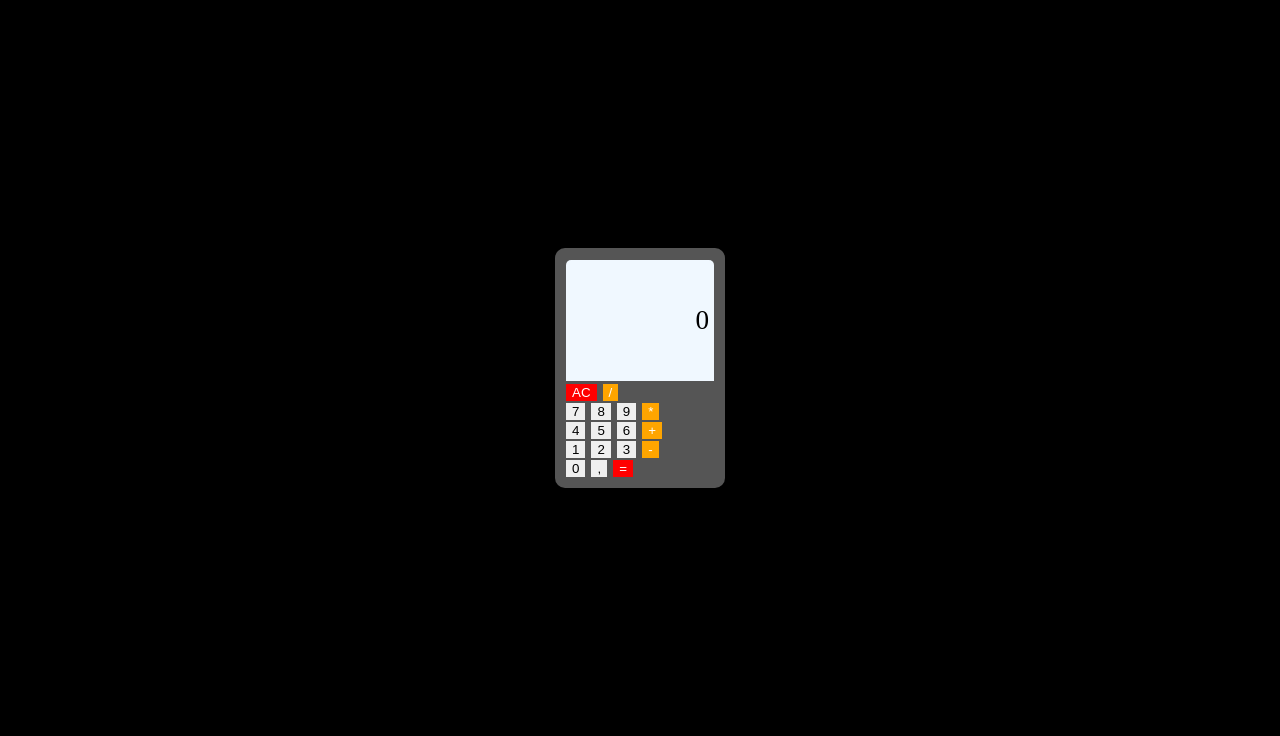
Repository: andersonxoliveira/Aplicacao_Calculadora
Page: /
The author's editor kept a copy of each file at every save. The page is drawn from the files as they stood at one save, then again after the next save.
The browser window is 1280 px wide. The pictures show the whole page.
The project was rebuilt for these pictures with package versions that can differ from the ones it lists, and the page was loaded fresh each time. Also part of the build but not shown: svelte.config.js, vite.config.ts.

Above is the page before, as saved 2022-06-26 21:40:19.

After the next save:
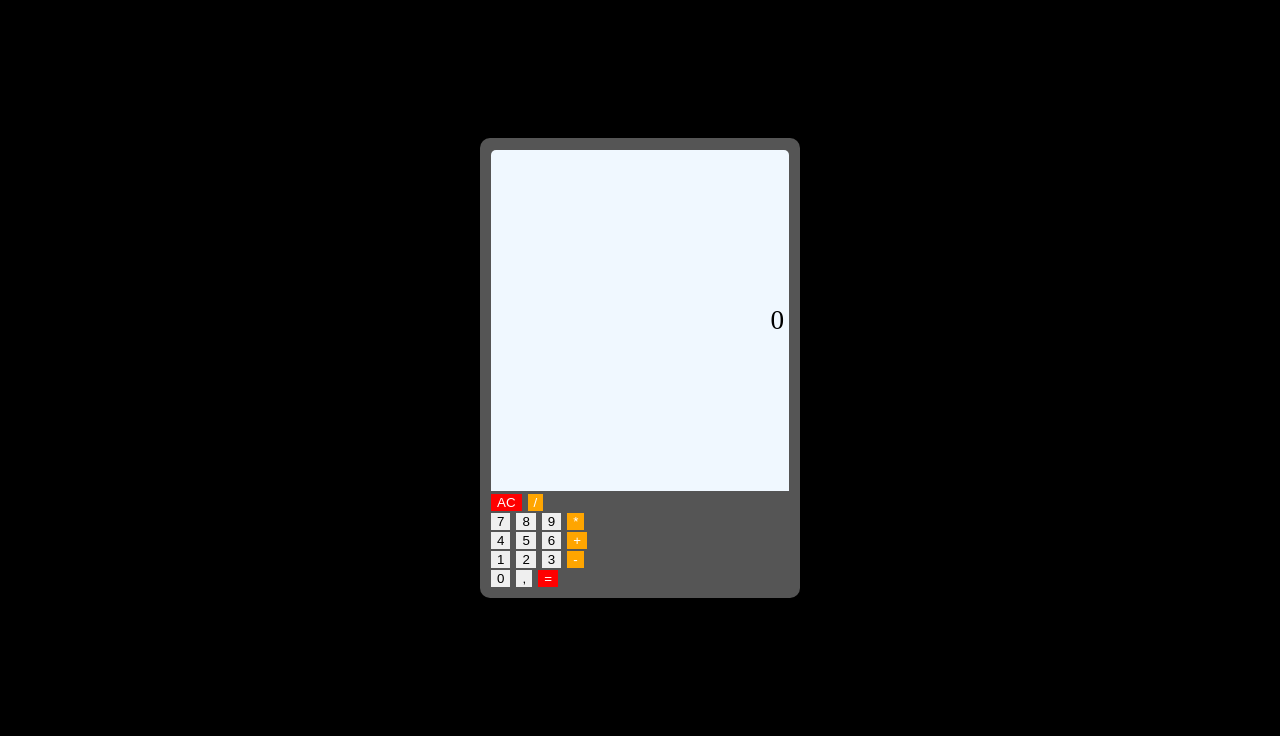
Saved 53 s later.
--- a/src/components/Calculadora.svelte
+++ b/src/components/Calculadora.svelte
@@ -48,8 +48,8 @@ const limpar = () => calc = calc.limpar()
 <style>
       .calculadora {
         background-color: var(--cor-fundo);
-        height:  220px;
-        width:  150px;
+        height:  440px;
+        width:  300px;
         padding:  10px;
         border-radius:  10px;
 
